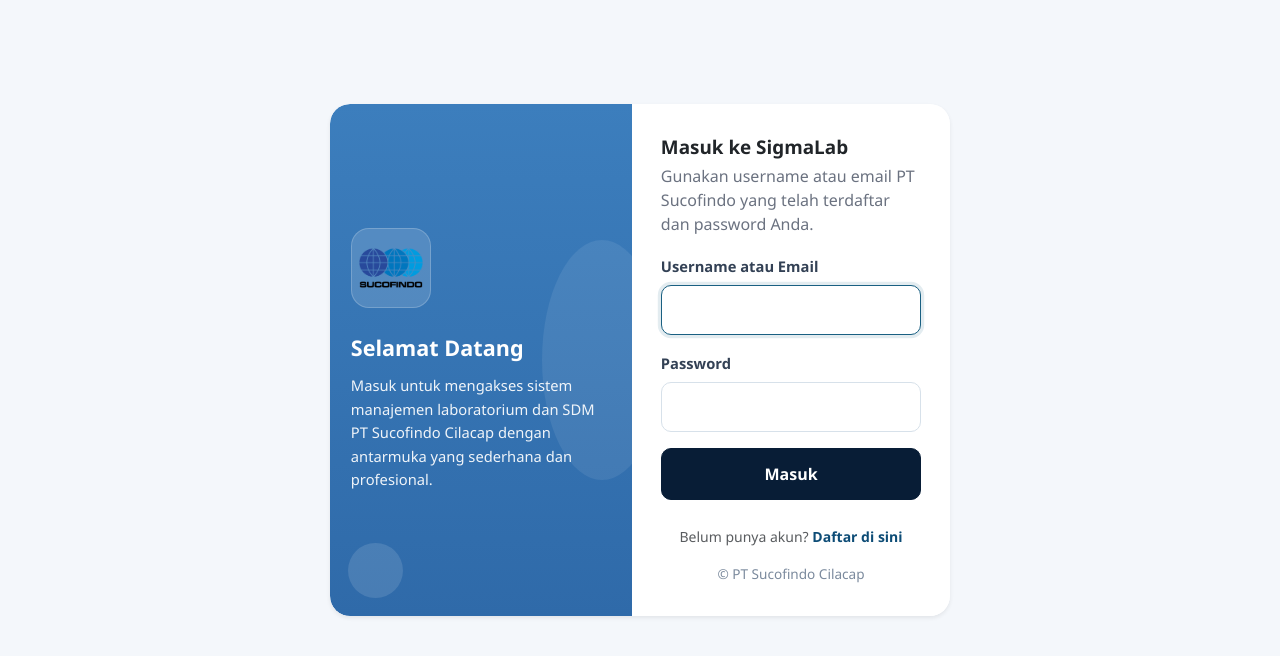
Repository: amelianeesa/sigmalab
Page: http://localhost/login
An editor plug-in stored every save of this project. The page is shown before and after the next save, followed by the edit.
The browser window is 1280 px wide. The pictures show the whole page.
The page is served by the project's Laravel application, run on PHP 8.4 with Laravel 12. Other server files are loaded and not shown.

Above is the page before, as saved 2026-08-06 08:54:25.

### routes/web.php
<?php

use Illuminate\Support\Facades\Route;
use App\Http\Controllers\AuthController;
use App\Http\Controllers\SdmController;

Route::get('/', [AuthController::class, 'showLogin']);
Route::get('/login', [AuthController::class, 'showLogin'])->name('login');
Route::post('/login', [AuthController::class, 'processLogin'])->name('login.process');

Route::get('/register', [AuthController::class, 'showRegister'])->name('register');
Route::post('/register', [AuthController::class, 'processRegister'])->name('register.process');

Route::post('/logout', [AuthController::class, 'logout'])->name('logout');

Route::middleware(['auth'])->group(function () {

    Route::get('/dashboard', function () {
        return view('dashboard-index');
    })->name('dashboard');

    Route::get('/sdm', [SdmController::class, 'index'])->name('sdm.index');
    Route::get('/sdm/create', [SdmController::class, 'create'])->name('sdm.create');
    Route::post('/sdm', [SdmController::class, 'store'])->name('sdm.store');
    Route::get('/sdm/{id}/edit', [SdmController::class, 'edit'])->name('sdm.edit');
    Route::put('/sdm/{id}', [SdmController::class, 'update'])->name('sdm.update');
    Route::delete('/sdm/{id}', [SdmController::class, 'destroy'])->name('sdm.destroy');

    Route::get('/sdm/{id}/kompetensi', [SdmController::class, 'kompetensiDetail'])->name('sdm.kompetensi.detail');
    Route::get('/sdm/{id}/cv', [SdmController::class, 'showCv'])->name('sdm.cv');
});

### app/Http/Controllers/AuthController.php
<?php

namespace App\Http\Controllers;

use Illuminate\Http\Request;
use Illuminate\Support\Facades\Auth;
use Illuminate\Support\Facades\Hash;
use App\Models\User;
use App\Models\Role;
use App\Models\Personil;

class AuthController extends Controller
{
    public function showLogin()
    {
        return view('auth.login');
    }

    public function processLogin(Request $request)
    {
        $credentials = $request->validate([
            'username' => ['required'],
            'password' => ['required'],
        ]);

        $fieldType = filter_var($request->username, FILTER_VALIDATE_EMAIL) ? 'email' : 'username';

        if (Auth::attempt([$fieldType => $request->username, 'password' => $request->password])) {
            $user = Auth::user();
            if ($user->status_aktif == 1) {
                $request->session()->regenerate();
                return redirect()->intended('/dashboard');
            } else {
                Auth::logout();
                return back()->withErrors(['username' => 'Akun Anda non-aktif. Hubungi Admin.']);
            }
        }

        return back()->withErrors(['username' => 'Username/Email atau Password salah.']);
    }

    public function showRegister()
    {
        $roles = Role::all();
        $personil = Personil::all();
        return view('auth.register', compact('roles', 'personil'));
    }

    public function processRegister(Request $request)
    {
        $request->validate([
            'username'    => 'required|string|max:50|unique:users',
            'email'       => 'required|string|email|max:100|unique:users',
            'password'    => 'required|string|min:6',
            'role_id'     => 'required|exists:roles,roles_id',
            'personil_id' => 'nullable|exists:personil,personil_id', // Ditambahkan validasi aman
        ]);

        User::create([
            'personil_id' => !empty($request->personil_id) ? $request->personil_id : null,
            'username'    => $request->username,
            'email'       => $request->email,
            'password'    => Hash::make($request->password),
            'role_id'     => $request->role_id,
            'status_aktif'=> 1
        ]);

        return redirect('/login')->with('success', 'Registrasi berhasil! Silakan login.');
    }

    public function logout(Request $request)
    {
        Auth::logout();
        $request->session()->invalidate();
        $request->session()->regenerateToken();
        return redirect('/login');
    }
}

### resources/views/auth/login.blade.php
<!DOCTYPE html>
<html lang="id">
<head>
    <meta charset="UTF-8">
    <title>Login - SIGMALAB Sucofindo</title>
    <link href="https://cdn.jsdelivr.net/npm/bootstrap@5.3.0/dist/css/bootstrap.min.css" rel="stylesheet">
    <style>
        body {
            min-height: 100vh;
            margin: 0;
            background-color: #f4f7fb;
            color: #1f2a37;
            font-family: "Segoe UI", Arial, sans-serif;
        }

        .auth-card {
            border: none;
            border-radius: 20px;
            box-shadow: 0 12px 24px rgba(15, 35, 59, 0.09);
            overflow: hidden;
            margin: auto;
            background: transparent;
            max-width: 620px;
        }

        .auth-row {
            display: grid;
            grid-template-columns: 0.95fr 1fr;
            min-height: 360px;
            background: #ffffff;
            border-radius: 20px;
            overflow: hidden;
        }

        .auth-side {
            position: relative;
            padding: 1.3rem 1.3rem;
            background: linear-gradient(180deg, #3c7ebd 0%, #2f6aa9 100%);
            color: #ffffff;
            display: flex;
            flex-direction: column;
            justify-content: center;
            gap: 0.8rem;
        }

        .auth-side::before {
            content: "";
            position: absolute;
            right: -30px;
            top: 50%;
            transform: translateY(-50%);
            width: 120px;
            height: 240px;
            background: rgba(255,255,255,0.08);
            border-radius: 50%;
        }

        .auth-side::after {
            content: "";
            position: absolute;
            left: 18px;
            bottom: 18px;
            width: 55px;
            height: 55px;
            background: rgba(255,255,255,0.12);
            border-radius: 50%;
        }

        .auth-side h3 {
            font-size: 1.35rem;
            margin: 0;
            font-weight: 700;
        }

        .auth-side p {
            font-size: 0.92rem;
            line-height: 1.6;
            max-width: 260px;
            opacity: 0.92;
            margin: 0;
        }

        .auth-logo-box {
            width: 80px;
            height: 80px;
            background: rgba(255,255,255,0.14);
            border-radius: 18px;
            border: 1px solid rgba(255,255,255,0.2);
            overflow: hidden;
            display: flex;
            align-items: center;
            justify-content: center;
            margin-bottom: 0.9rem;
        }

        .auth-logo-box img {
            width: 64px;
            height: 64px;
            object-fit: contain;
        }

        .auth-form-panel {
            padding: 2rem 1.8rem;
            display: flex;
            flex-direction: column;
            justify-content: center;
            background: #ffffff;
        }

        .auth-form-panel h4 {
            font-size: 1.18rem;
            margin-bottom: 0.35rem;
            font-weight: 700;
        }

        .auth-form-panel p {
            color: #6b7280;
            margin-bottom: 1.1rem;
            line-height: 1.5;
        }

        .form-label {
            color: #334155;
            font-size: 0.92rem;
            font-weight: 600;
        }

        .form-control,
        .form-select {
            border: 1px solid #d7e1ea;
            border-radius: 10px;
            padding: 0.75rem 0.9rem;
            color: #1f2a37;
            background-color: #ffffff;
        }

        .form-control:focus,
        .form-select:focus {
            border-color: #1a6082;
            box-shadow: 0 0 0 0.2rem rgba(26, 96, 130, 0.12);
        }

        .btn-auth {
            background: #081d36;
            border: 1px solid #081d36;
            border-radius: 10px;
            padding: 0.8rem 1rem;
            font-weight: 700;
            color: #ffffff;
            transition: all 0.2s ease;
        }

        .btn-auth:hover {
            background: #0a2a4b;
            border-color: #0a2a4b;
        }

        .auth-link {
            color: #0d4c76;
            font-weight: 600;
            text-decoration: none;
        }

        .auth-link:hover {
            color: #0b3d5d;
            text-decoration: underline;
        }

        .auth-footer {
            margin-top: 1rem;
            color: #7b8a9d;
            font-size: 0.85rem;
            text-align: center;
        }
    </style>
</head>
<body class="d-flex align-items-center py-4">
    <div class="container py-5">
        <div class="card auth-card shadow-sm">
            <div class="auth-row">
                <div class="auth-side">
                    <div class="auth-logo-box">
                        <img src="{{ asset('images/logo.png') }}" alt="Logo Perusahaan">
                    </div>
                    <h3>Selamat Datang</h3>
                    <p>Masuk untuk mengakses sistem manajemen laboratorium dan SDM PT Sucofindo Cilacap dengan antarmuka yang sederhana dan profesional.</p>
                </div>
                <div class="auth-form-panel">
                    <h4>Masuk ke SigmaLab</h4>
                    <p>Gunakan username atau email PT Sucofindo yang telah terdaftar dan password Anda.</p>

                    @if(session('success'))
                        <div class="alert alert-success rounded-3">{{ session('success') }}</div>
                    @endif
                    @if($errors->any())
                        <div class="alert alert-danger rounded-3">{{ $errors->first() }}</div>
                    @endif

                    <form action="{{ route('login.process') }}" method="POST">
                        @csrf
                        <div class="mb-3">
                            <label class="form-label">Username atau Email</label>
                            <input type="text" name="username" class="form-control" value="{{ old('username') }}" required autofocus>
                        </div>
                        <div class="mb-3">
                            <label class="form-label">Password</label>
                            <input type="password" name="password" class="form-control" required>
                        </div>
                        <button type="submit" class="btn btn-auth w-100">Masuk</button>
                    </form>

                    <div class="text-center mt-4">
                        <small class="text-muted">Belum punya akun? <a href="{{ route('register') }}" class="auth-link">Daftar di sini</a></small>
                    </div>
                    <div class="auth-footer">© PT Sucofindo Cilacap</div>
                </div>
            </div>
        </div>
    </div>
</body>
</html>

Loaded but not shown: app/Http/Controllers/Controller.php (common file)

After the next save:
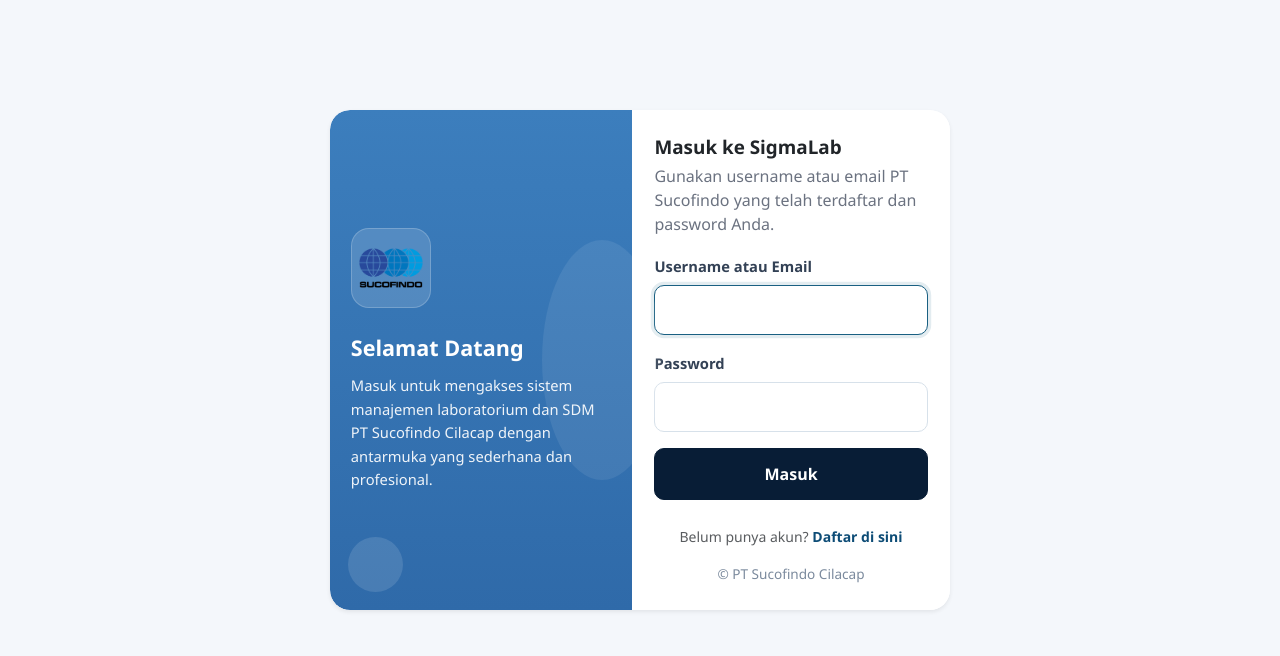
Saved 5 s later.
--- a/resources/views/auth/login.blade.php
+++ b/resources/views/auth/login.blade.php
@@ -100,7 +100,7 @@
         }
 
         .auth-form-panel {
-            padding: 2rem 1.8rem;
+            padding: 1.6rem 1.4rem;
             display: flex;
             flex-direction: column;
             justify-content: center;
